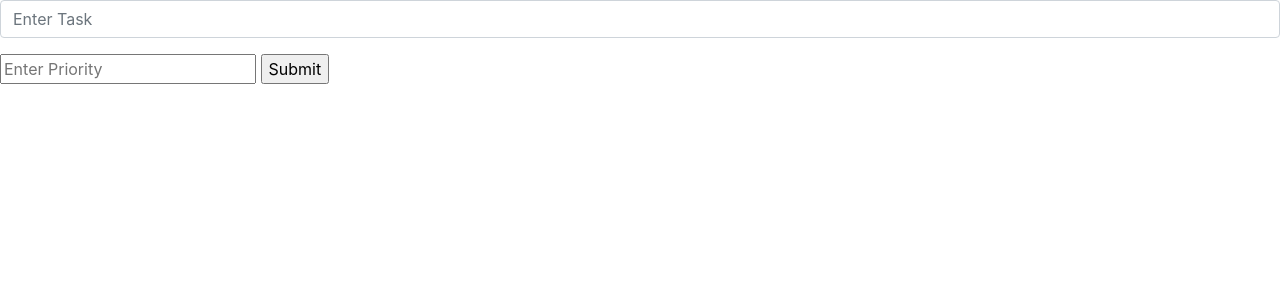
Repository: bitmap357/To-Do-App_Django
Page: http://localhost/add/
The author's editor kept a copy of each file at every save. The page is drawn from the files as they stood at one save, then again after a run of saves.
The browser window is 1280 px wide. The pictures show the whole page.
The page is served by the project's application, run on Django 5.2 (mysite/manage.py).

Above is the page before, as saved 2024-03-27 22:35:50.

After the next 4 saves:
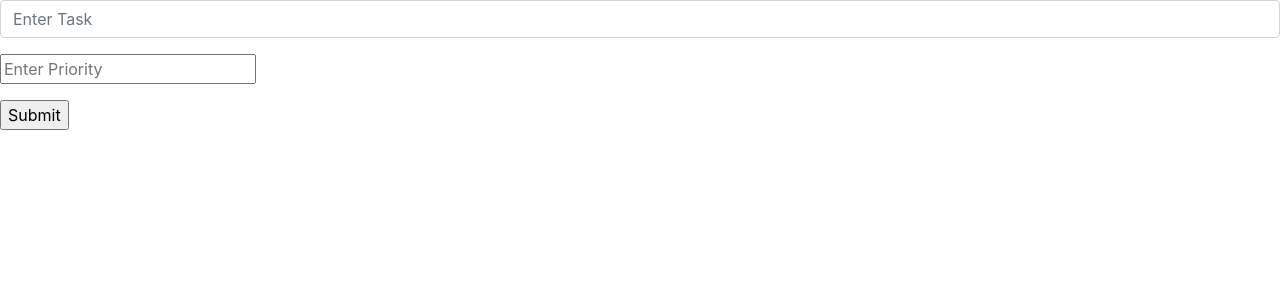
The 4 saves are shown as one change because they came seconds apart.
The last was saved 11 s later.
--- a/mysite/myapp/templates/myapp/add.html
+++ b/mysite/myapp/templates/myapp/add.html
@@ -5,8 +5,9 @@
     <div class="form-group">
         <input type="text" class="form-control" name="name" id="name" placeholder="Enter Task">
     </div>
-    <div class="form-group"></div>
-    <input type="text" name="priority" id="priority" placeholder="Enter Priority">
+    <div class="form-group">
+        <input type="text" name="priority" id="priority" placeholder="Enter Priority">
+    </div>
     <input type="submit">
 </form>
 {% endblock %}
